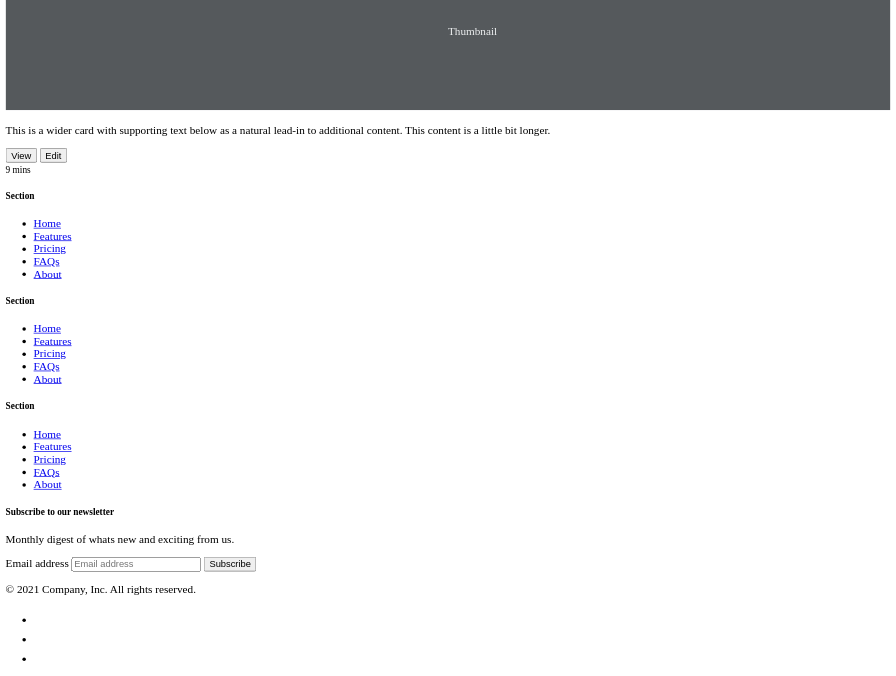
Repository: Amedee7/mypain
Page: templates/home/index.html.twig
These files come from the project's save history. The page is drawn as it stood at one moment and after the next save; the edit follows.
The browser window is 1280 px wide. The pictures show the part of the page from y = 1869 to 3789 px (the page is 2835 px tall before and 4893 px after), at 70% of full size.
The page is a Twig template of a Symfony application; nobody is signed in and links lead nowhere. Other server files are loaded and not shown. The template is opened directly, without the code that normally fills it, so the values that code supplies are empty.

Above is the page before, as saved 2022-03-04 13:15:17.

### templates/home/index.html.twig
{% extends 'base.html.twig' %}

{% block title %}Accueil
{% endblock %}

{% block body %}
	{% include 'home/welcome.html.twig' %}
	{% include 'home/realisation.html.twig' %}

{% endblock %}

### templates/base.html.twig
<!DOCTYPE html>
<html>
	<head>
		<meta charset="UTF-8" name="viewport" content="width=device-width, initial-scale=1">
		<title>
			{% block title %}Welcome!
			{% endblock %}
		</title>
		{% block stylesheets %}
			{{ encore_entry_link_tags('app') }}
		{% endblock %}

		{% block javascripts %}
			{{ encore_entry_script_tags('app') }}
		{% endblock %}
	</head>
	<body>
		{% include 'base/nav.html.twig' %}
		{% block body %}{% endblock %}
		{% include 'base/footer.html.twig' %}

	</body>
</html>

### webpack.config.js
const Encore = require('@symfony/webpack-encore');

// Manually configure the runtime environment if not already configured yet by the "encore" command.
// It's useful when you use tools that rely on webpack.config.js file.
if (!Encore.isRuntimeEnvironmentConfigured()) {
    Encore.configureRuntimeEnvironment(process.env.NODE_ENV || 'dev');
}

Encore
    // directory where compiled assets will be stored
    .setOutputPath('public/build/')
    // public path used by the web server to access the output path
    .setPublicPath('/build')
    // only needed for CDN's or sub-directory deploy
    //.setManifestKeyPrefix('build/')

    /*
     * ENTRY CONFIG
     *
     * Each entry will result in one JavaScript file (e.g. app.js)
     * and one CSS file (e.g. app.css) if your JavaScript imports CSS.
     */
    .addEntry('app', './assets/app.js')

    // enables the Symfony UX Stimulus bridge (used in assets/bootstrap.js)
    .enableStimulusBridge('./assets/controllers.json')

    // When enabled, Webpack "splits" your files into smaller pieces for greater optimization.
    .splitEntryChunks()

    // will require an extra script tag for runtime.js
    // but, you probably want this, unless you're building a single-page app
    .enableSingleRuntimeChunk()

    /*
     * FEATURE CONFIG
     *
     * Enable & configure other features below. For a full
     * list of features, see:
     * https://symfony.com/doc/current/frontend.html#adding-more-features
     */
    .cleanupOutputBeforeBuild()
    .enableBuildNotifications()
    .enableSourceMaps(!Encore.isProduction())
    // enables hashed filenames (e.g. app.abc123.css)
    .enableVersioning(Encore.isProduction())

    .configureBabel((config) => {
        config.plugins.push('@babel/plugin-proposal-class-properties');
    })

    // enables @babel/preset-env polyfills
    .configureBabelPresetEnv((config) => {
        config.useBuiltIns = 'usage';
        config.corejs = 3;
    })

    // enables Sass/SCSS support
    .enableSassLoader()

    // uncomment if you use TypeScript
    //.enableTypeScriptLoader()

    // uncomment if you use React
    //.enableReactPreset()

    // uncomment to get integrity="..." attributes on your script & link tags
    // requires WebpackEncoreBundle 1.4 or higher
    //.enableIntegrityHashes(Encore.isProduction())

    // uncomment if you're having problems with a jQuery plugin
    //.autoProvidejQuery()
    ;

module.exports = Encore.getWebpackConfig();

### templates/base/nav.html.twig
<nav class="navbar navbar-expand-sm navbar-dark bg-dark" aria-label="Third navbar example">
	<div class="container">
		<a class="navbar-brand" href="#">My pain</a>
		<button class="navbar-toggler" type="button" data-bs-toggle="collapse" data-bs-target="#navbarsExample03" aria-controls="navbarsExample03" aria-expanded="false" aria-label="Toggle navigation">
			<span class="navbar-toggler-icon"></span>
		</button>

		<div class="collapse navbar-collapse justify-content-md-center" id="navbarsExample03">
			<ul class="navbar-nav">
				<li class="nav-item">
					<a class="nav-link active" aria-current="page" href="#">Home</a>
				</li>
				<li class="nav-item">
					<a class="nav-link" href="#">Réalisations</a>
				</li>
				<li class="nav-item">
					<a class="nav-link" href="#">Actualités</a>
				</li>
				<li class="nav-item dropdown">
					<a class="nav-link dropdown-toggle" href="#" id="dropdown03" data-bs-toggle="dropdown" aria-expanded="false">Categorie</a>
					<ul class="dropdown-menu" aria-labelledby="dropdown03">
						<li>
							<a class="dropdown-item" href="#">Categorie 1</a>
						</li>
						<li>
							<a class="dropdown-item" href="#">Categorie 2</a>
						</li>
						<li>
							<a class="dropdown-item" href="#">Categorie 3</a>
						</li>
					</ul>
				</li>
				<li class="nav-item">
					<a class="nav-link" href="#">A propos</a>
				</li>
				<li class="nav-item">
					<a class="navbar-btn btn btn-sn btn-primary lift ms-auto" href="#">Me contacter</a>
				</li>
			</ul>
		</div>
	</div>
</nav>

### templates/home/welcome.html.twig
<div id="myCarousel" class="carousel slide" data-bs-ride="carousel">
	<div class="carousel-indicators">
		<button type="button" data-bs-target="#myCarousel" data-bs-slide-to="0" class="active" aria-current="true" aria-label="Slide 1"></button>
		<button type="button" data-bs-target="#myCarousel" data-bs-slide-to="1" aria-label="Slide 2"></button>
		<button type="button" data-bs-target="#myCarousel" data-bs-slide-to="2" aria-label="Slide 3"></button>
	</div>
	<div class="carousel-inner">
		<div class="carousel-item active">
			<svg class="bd-placeholder-img" width="100%" height="100%" xmlns="http://www.w3.org/2000/svg" aria-hidden="true" preserveaspectratio="xMidYMid slice" focusable="false"><rect width="100%" height="100%" fill="#777"/></svg>

			<div class="container">
				<div class="carousel-caption text-start">
					<h1>Une oeuvre a la une</h1>
					<p>Some representative placeholder content for the first slide of the carousel.</p>
					<p>
						<a class="btn btn-lg btn-primary" href="#">Visite</a>
					</p>
				</div>
			</div>
		</div>
		<div class="carousel-item">
			<svg class="bd-placeholder-img" width="100%" height="100%" xmlns="http://www.w3.org/2000/svg" aria-hidden="true" preserveaspectratio="xMidYMid slice" focusable="false"><rect width="100%" height="100%" fill="#777"/></svg>

			<div class="container">
				<div class="carousel-caption">
					<h1>Deuxieme mieu noté.</h1>
					<p>Some representative placeholder content for the second slide of the carousel.</p>
					<p>
						<a class="btn btn-lg btn-primary" href="#">Visite</a>
					</p>
				</div>
			</div>
		</div>
		<div class="carousel-item">
			<svg class="bd-placeholder-img" width="100%" height="100%" xmlns="http://www.w3.org/2000/svg" aria-hidden="true" preserveaspectratio="xMidYMid slice" focusable="false"><rect width="100%" height="100%" fill="#777"/></svg>

			<div class="container">
				<div class="carousel-caption text-end">
					<h1>Troisième meilleur oeuvre.</h1>
					<p>Some representative placeholder content for the third slide of this carousel.</p>
					<p>
						<a class="btn btn-lg btn-primary" href="#">Visite</a>
					</p>
				</div>
			</div>
		</div>
	</div>
	<button class="carousel-control-prev" type="button" data-bs-target="#myCarousel" data-bs-slide="prev">
		<span class="carousel-control-prev-icon" aria-hidden="true"></span>
		<span class="visually-hidden">Previous</span>
	</button>
	<button class="carousel-control-next" type="button" data-bs-target="#myCarousel" data-bs-slide="next">
		<span class="carousel-control-next-icon" aria-hidden="true"></span>
		<span class="visually-hidden">Next</span>
	</button>
</div>

### templates/home/realisation.html.twig
<div class="album py-5 bg-light">
	<div class="container">

		<div class="row row-cols-1 row-cols-sm-2 row-cols-md-3 g-3">

			<div class="col list lift-lg">
				<div class="card shadow-sm">
					<svg class="bd-placeholder-img card-img-top" width="100%" height="225" xmlns="http://www.w3.org/2000/svg" role="img" aria-label="Placeholder: Thumbnail" preserveaspectratio="xMidYMid slice" focusable="false">
						<title>Placeholder</title><rect width="100%" height="100%" fill="#55595c"/><text x="50%" y="50%" fill="#eceeef" dy=".3em">Thumbnail</text>
					</svg>

					<div class="card-body">
						<p class="card-text">This is a wider card with supporting text below as a natural lead-in to additional content. This content is a little bit longer.</p>
						<div class="d-flex justify-content-between align-items-center">
							<div class="btn-group">
								<button type="button" class="btn btn-sm btn-outline-secondary">View</button>
								<button type="button" class="btn btn-sm btn-outline-secondary">Edit</button>
							</div>
							<small class="text-muted">9 mins</small>
						</div>
					</div>
				</div>
			</div>
			<div class="col">
				<div class="card shadow-sm">
					<svg class="bd-placeholder-img card-img-top" width="100%" height="225" xmlns="http://www.w3.org/2000/svg" role="img" aria-label="Placeholder: Thumbnail" preserveaspectratio="xMidYMid slice" focusable="false">
						<title>Placeholder</title><rect width="100%" height="100%" fill="#55595c"/><text x="50%" y="50%" fill="#eceeef" dy=".3em">Thumbnail</text>
					</svg>

					<div class="card-body">
						<p class="card-text">This is a wider card with supporting text below as a natural lead-in to additional content. This content is a little bit longer.</p>
						<div class="d-flex justify-content-between align-items-center">
							<div class="btn-group">
								<button type="button" class="btn btn-sm btn-outline-secondary">View</button>
								<button type="button" class="btn btn-sm btn-outline-secondary">Edit</button>
							</div>
							<small class="text-muted">9 mins</small>
						</div>
					</div>
				</div>
			</div>
			<div class="col">
				<div class="card shadow-sm">
					<svg class="bd-placeholder-img card-img-top" width="100%" height="225" xmlns="http://www.w3.org/2000/svg" role="img" aria-label="Placeholder: Thumbnail" preserveaspectratio="xMidYMid slice" focusable="false">
						<title>Placeholder</title><rect width="100%" height="100%" fill="#55595c"/><text x="50%" y="50%" fill="#eceeef" dy=".3em">Thumbnail</text>
					</svg>

					<div class="card-body">
						<p class="card-text">This is a wider card with supporting text below as a natural lead-in to additional content. This content is a little bit longer.</p>
						<div class="d-flex justify-content-between align-items-center">
							<div class="btn-group">
								<button type="button" class="btn btn-sm btn-outline-secondary">View</button>
								<button type="button" class="btn btn-sm btn-outline-secondary">Edit</button>
							</div>
							<small class="text-muted">9 mins</small>
						</div>
					</div>
				</div>
			</div>
		</div>
	</div>
</div>

### templates/base/footer.html.twig
<div class="container">
	<footer class="py-5">
		<div class="row">
			<div class="col-2">
				<h5>Section</h5>
				<ul class="nav flex-column">
					<li class="nav-item mb-2">
						<a href="#" class="nav-link p-0 text-muted">Home</a>
					</li>
					<li class="nav-item mb-2">
						<a href="#" class="nav-link p-0 text-muted">Features</a>
					</li>
					<li class="nav-item mb-2">
						<a href="#" class="nav-link p-0 text-muted">Pricing</a>
					</li>
					<li class="nav-item mb-2">
						<a href="#" class="nav-link p-0 text-muted">FAQs</a>
					</li>
					<li class="nav-item mb-2">
						<a href="#" class="nav-link p-0 text-muted">About</a>
					</li>
				</ul>
			</div>

			<div class="col-2">
				<h5>Section</h5>
				<ul class="nav flex-column">
					<li class="nav-item mb-2">
						<a href="#" class="nav-link p-0 text-muted">Home</a>
					</li>
					<li class="nav-item mb-2">
						<a href="#" class="nav-link p-0 text-muted">Features</a>
					</li>
					<li class="nav-item mb-2">
						<a href="#" class="nav-link p-0 text-muted">Pricing</a>
					</li>
					<li class="nav-item mb-2">
						<a href="#" class="nav-link p-0 text-muted">FAQs</a>
					</li>
					<li class="nav-item mb-2">
						<a href="#" class="nav-link p-0 text-muted">About</a>
					</li>
				</ul>
			</div>

			<div class="col-2">
				<h5>Section</h5>
				<ul class="nav flex-column">
					<li class="nav-item mb-2">
						<a href="#" class="nav-link p-0 text-muted">Home</a>
					</li>
					<li class="nav-item mb-2">
						<a href="#" class="nav-link p-0 text-muted">Features</a>
					</li>
					<li class="nav-item mb-2">
						<a href="#" class="nav-link p-0 text-muted">Pricing</a>
					</li>
					<li class="nav-item mb-2">
						<a href="#" class="nav-link p-0 text-muted">FAQs</a>
					</li>
					<li class="nav-item mb-2">
						<a href="#" class="nav-link p-0 text-muted">About</a>
					</li>
				</ul>
			</div>

			<div class="col-4 offset-1">
				<form>
					<h5>Subscribe to our newsletter</h5>
					<p>Monthly digest of whats new and exciting from us.</p>
					<div class="d-flex w-100 gap-2">
						<label for="newsletter1" class="visually-hidden">Email address</label>
						<input id="newsletter1" type="text" class="form-control" placeholder="Email address">
						<button class="btn btn-primary" type="button">Subscribe</button>
					</div>
				</form>
			</div>
		</div>

		<div class="d-flex justify-content-between py-4 my-4 border-top">
			<p>&copy; 2021 Company, Inc. All rights reserved.</p>
			<ul class="list-unstyled d-flex">
				<li class="ms-3">
					<a class="link-dark" href="#">
						<svg class="bi" width="24" height="24"><use xlink:href="#twitter"/></svg>
					</a>
				</li>
				<li class="ms-3">
					<a class="link-dark" href="#">
						<svg class="bi" width="24" height="24"><use xlink:href="#instagram"/></svg>
					</a>
				</li>
				<li class="ms-3">
					<a class="link-dark" href="#">
						<svg class="bi" width="24" height="24"><use xlink:href="#facebook"/></svg>
					</a>
				</li>
			</ul>
		</div>
	</footer>
</div>

### templates/home/blogpost.html.twig
<div
	class="container marketing">

	<!-- Three columns of text below the carousel -->
	<div class="row">
		<div class="col-lg-4">
			<svg class="bd-placeholder-img rounded-circle" width="140" height="140" xmlns="http://www.w3.org/2000/svg" role="img" aria-label="Placeholder: 140x140" preserveaspectratio="xMidYMid slice" focusable="false">
				<title>Placeholder</title><rect width="100%" height="100%" fill="#777"/><text x="50%" y="50%" fill="#777" dy=".3em">140x140</text>
			</svg>

			<h2>Heading</h2>
			<p>Some representative placeholder content for the three columns of text below the carousel. This is the first column.</p>
			<p>
				<a class="btn btn-secondary" href="#">View details &raquo;</a>
			</p>
		</div>
		<!-- /.col-lg-4 -->
		<div class="col-lg-4">
			<svg class="bd-placeholder-img rounded-circle" width="140" height="140" xmlns="http://www.w3.org/2000/svg" role="img" aria-label="Placeholder: 140x140" preserveaspectratio="xMidYMid slice" focusable="false">
				<title>Placeholder</title><rect width="100%" height="100%" fill="#777"/><text x="50%" y="50%" fill="#777" dy=".3em">140x140</text>
			</svg>

			<h2>Heading</h2>
			<p>Another exciting bit of representative placeholder content. This time, we've moved on to the second column.</p>
			<p>
				<a class="btn btn-secondary" href="#">View details &raquo;</a>
			</p>
		</div>
		<!-- /.col-lg-4 -->
		<div class="col-lg-4">
			<svg class="bd-placeholder-img rounded-circle" width="140" height="140" xmlns="http://www.w3.org/2000/svg" role="img" aria-label="Placeholder: 140x140" preserveaspectratio="xMidYMid slice" focusable="false">
				<title>Placeholder</title><rect width="100%" height="100%" fill="#777"/><text x="50%" y="50%" fill="#777" dy=".3em">140x140</text>
			</svg>

			<h2>Heading</h2>
			<p>And lastly this, the third column of representative placeholder content.</p>
			<p>
				<a class="btn btn-secondary" href="#">View details &raquo;</a>
			</p>
		</div>
		<!-- /.col-lg-4 -->
	</div>
	<!-- /.row -->


	<!-- START THE FEATURETTES -->

	<hr class="featurette-divider">

	<div class="row featurette">
		<div class="col-md-7">
			<h2 class="featurette-heading">First featurette heading.
				<span class="text-muted">It’ll blow your mind.</span>
			</h2>
			<p class="lead">Some great placeholder content for the first featurette here. Imagine some exciting prose here.</p>
		</div>
		<div class="col-md-5">
			<svg class="bd-placeholder-img bd-placeholder-img-lg featurette-image img-fluid mx-auto" width="500" height="500" xmlns="http://www.w3.org/2000/svg" role="img" aria-label="Placeholder: 500x500" preserveaspectratio="xMidYMid slice" focusable="false">
				<title>Placeholder</title><rect width="100%" height="100%" fill="#eee"/><text x="50%" y="50%" fill="#aaa" dy=".3em">500x500</text>
			</svg>

		</div>
	</div>

	<hr class="featurette-divider">

	<div class="row featurette">
		<div class="col-md-7 order-md-2">
			<h2 class="featurette-heading">Oh yeah, it’s that good.
				<span class="text-muted">See for yourself.</span>
			</h2>
			<p class="lead">Another featurette? Of course. More placeholder content here to give you an idea of how this layout would work with some actual real-world content in place.</p>
		</div>
		<div class="col-md-5 order-md-1">
			<svg class="bd-placeholder-img bd-placeholder-img-lg featurette-image img-fluid mx-auto" width="500" height="500" xmlns="http://www.w3.org/2000/svg" role="img" aria-label="Placeholder: 500x500" preserveaspectratio="xMidYMid slice" focusable="false">
				<title>Placeholder</title><rect width="100%" height="100%" fill="#eee"/><text x="50%" y="50%" fill="#aaa" dy=".3em">500x500</text>
			</svg>

		</div>
	</div>

After the next save:
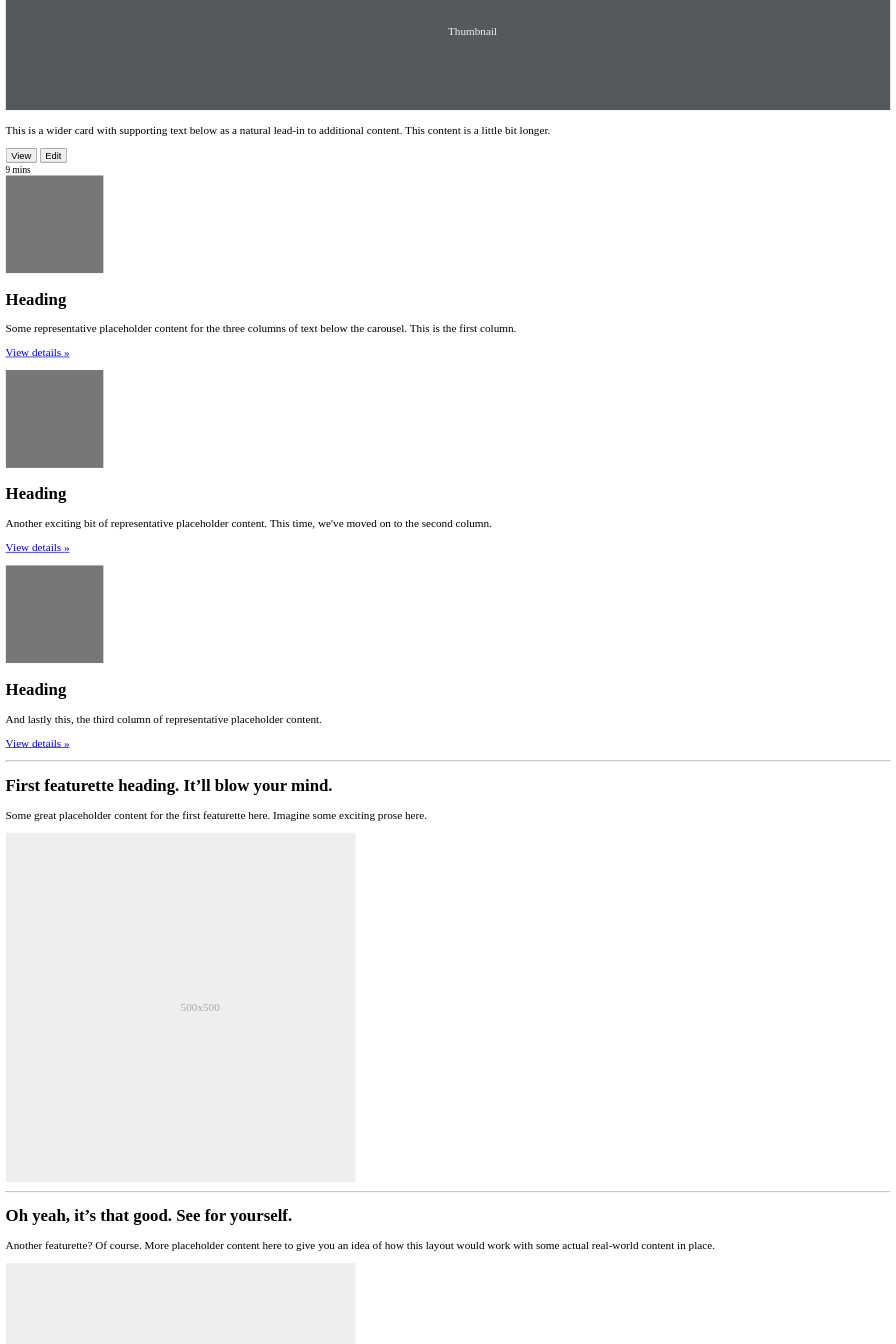
Saved 29 s later.
--- a/templates/home/index.html.twig
+++ b/templates/home/index.html.twig
@@ -6,5 +6,6 @@
 {% block body %}
 	{% include 'home/welcome.html.twig' %}
 	{% include 'home/realisation.html.twig' %}
+	{% include 'home/blogpost.html.twig' %}
 
 {% endblock %}
